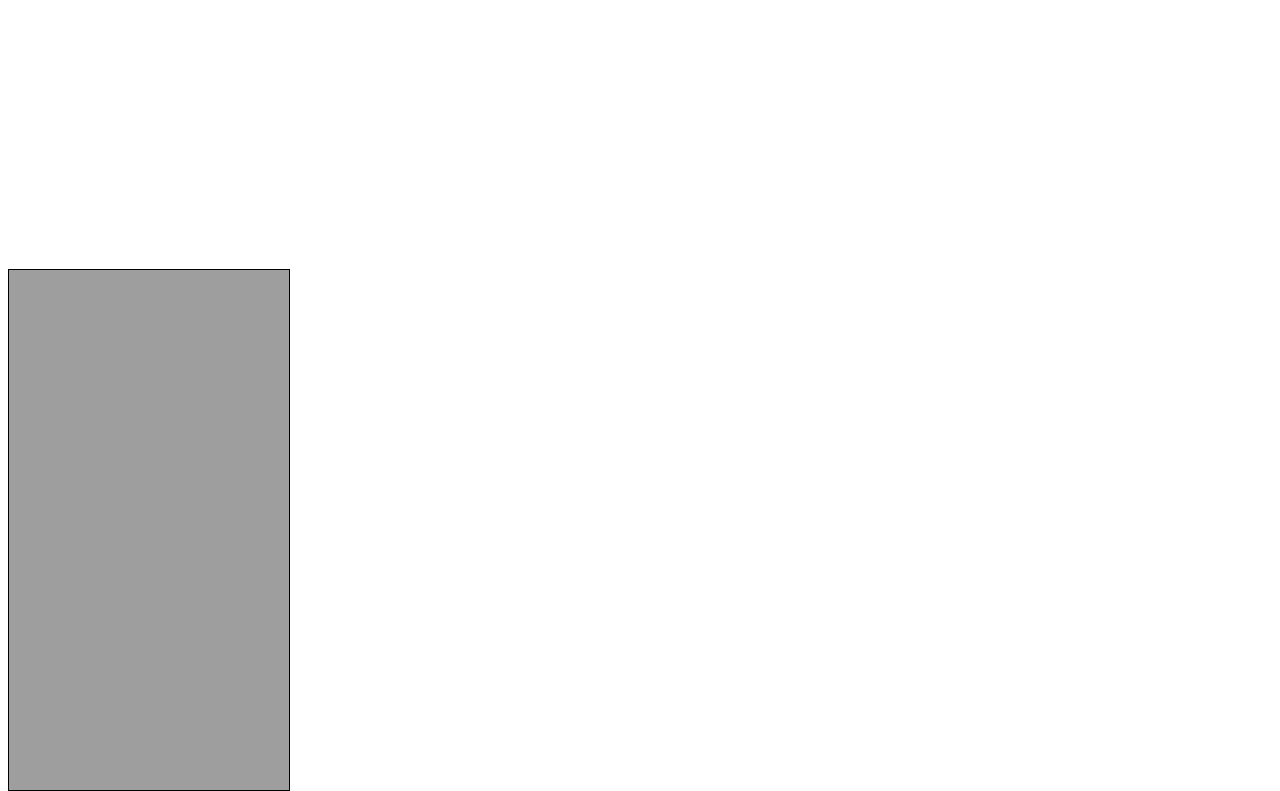
Repository: Tranduchieu2002/FlappyBird
Page: Flappy.html
The author's editor kept a copy of each file at every save. The page is drawn from the files as they stood at one save, then again after the next save.
The browser window is 1280 px wide. The pictures show the whole page.

Above is the page before, as saved 2021-09-14 17:04:35.

After the next save:
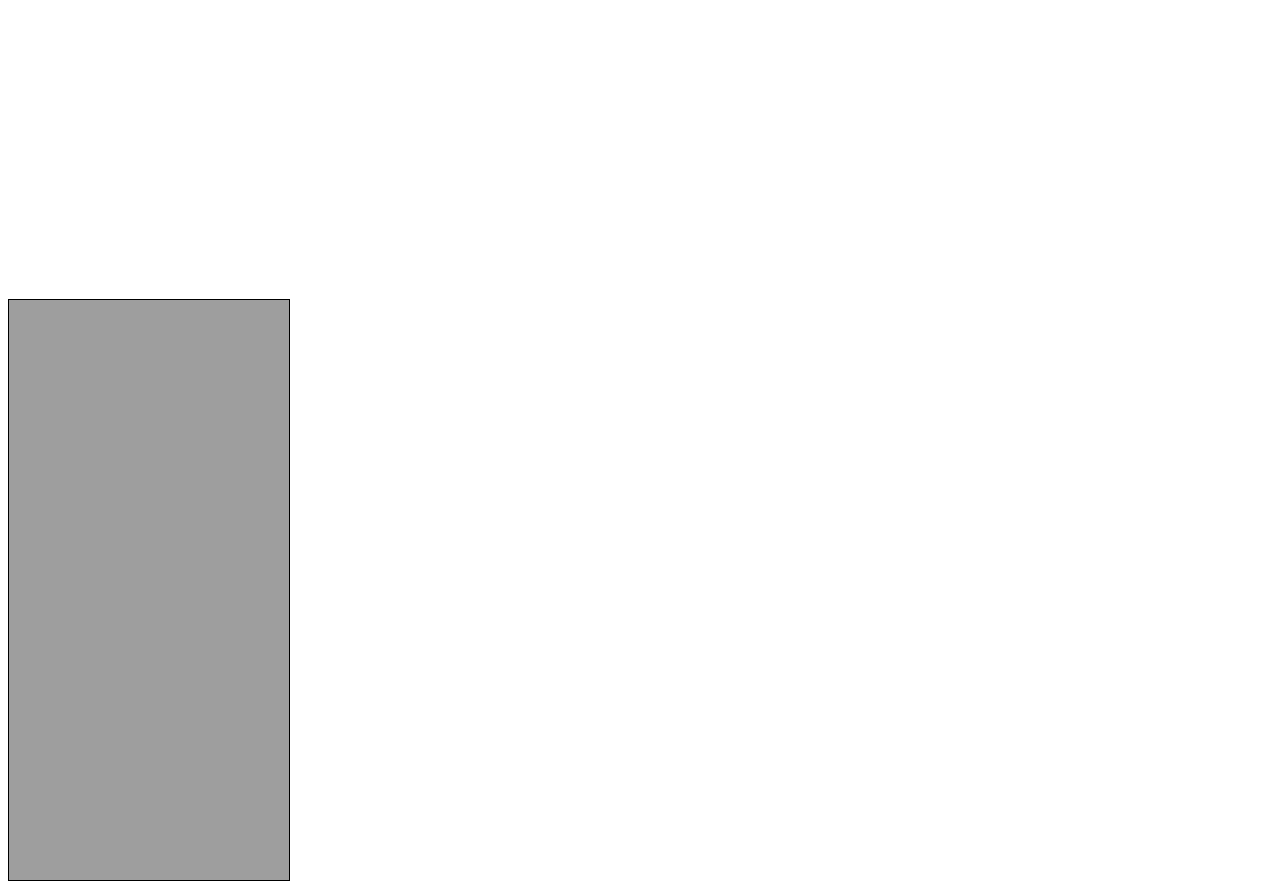
Saved 14 s later.
--- a/Flappy.html
+++ b/Flappy.html
@@ -14,7 +14,7 @@
    </style>
 </head>
 <body>
-   <canvas id="canvas" width="280px" height="520px">
+   <canvas id="canvas" width="280px" height="580px">
 
    </canvas>
    <script src="index.js"></script>
